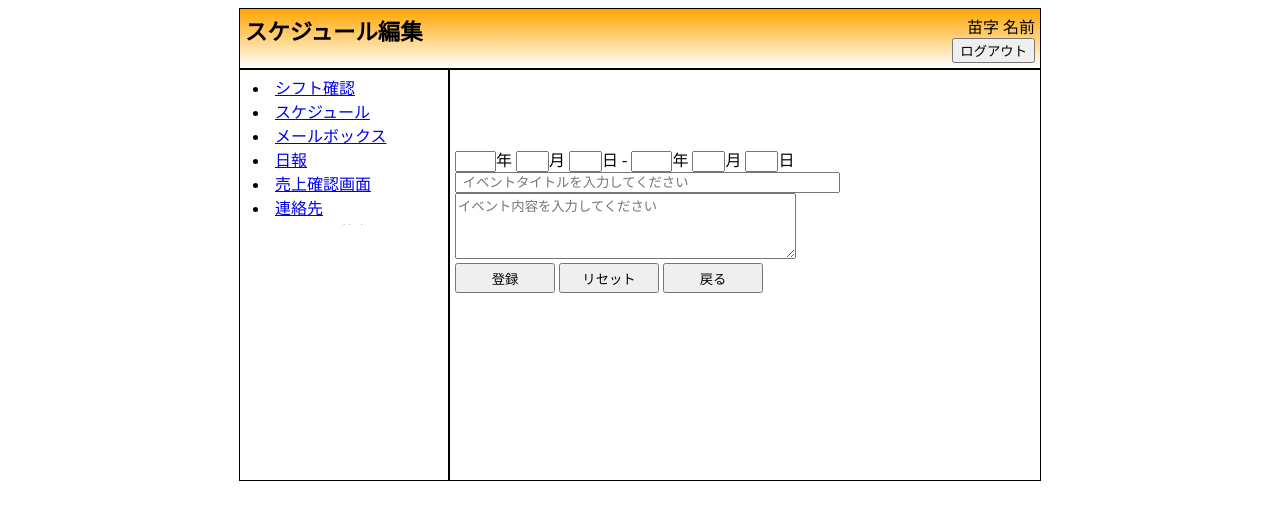
Repository: killinsun/2014fjbsotsuken
Page: http://localhost/sotukenD/ForScheduleEditServlet
These files come from the project's save history. The page is drawn as it stood at one moment and after the next save; the edit follows.
The browser window is 1280 px wide. The pictures show the whole page.
The page is served by Tomcat 9. Queries for data that is not in the repository find no rows.

Above is the page before, as saved 2014-01-23 08:06:07.

After the next save:
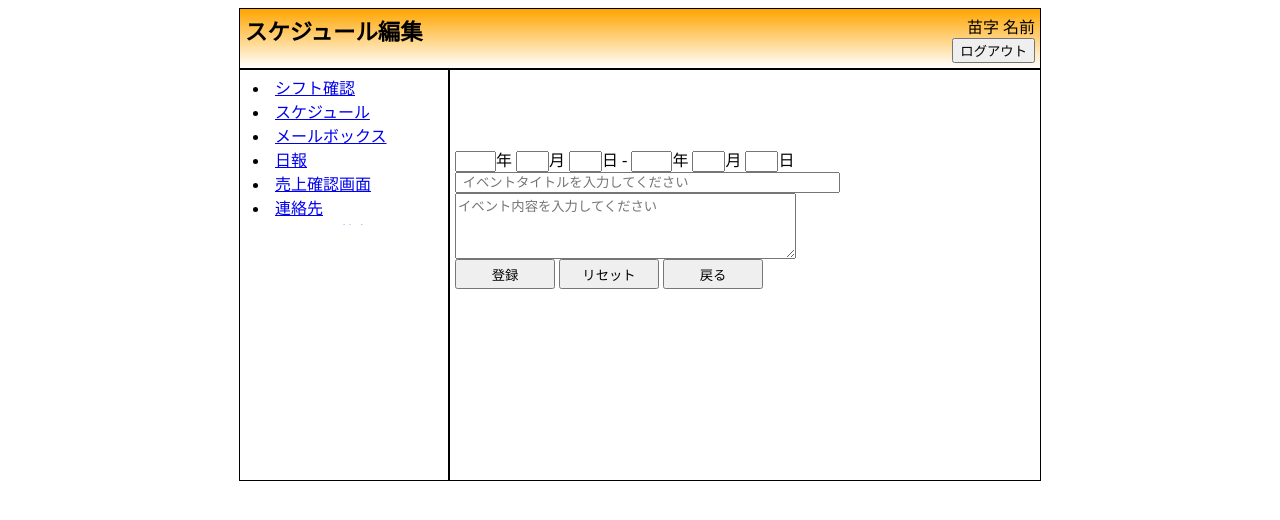
Console error (its wording comes from the project's code and is left out).
Saved 3 days later.
--- a/D班/02プログラム/Sotuken/sotukenD/Schedule/scheduleEdit.jsp
+++ b/D班/02プログラム/Sotuken/sotukenD/Schedule/scheduleEdit.jsp
@@ -5,6 +5,47 @@
 <%
 	ArrayList<ScheduleForBean> schedule = (ArrayList) session.getAttribute("SCHEDULE_DATA");
 %>
+<script type="text/javascript">
+<!--
+
+function check(){
+
+	var flag = 0;
+
+	if(document.form1.idS.value == ""){ // 「お名前」の入力をチェック
+
+		flag = 1;
+
+	}
+	else if(document.form1.field2.value == ""){ // 「パスワード」の入力をチェック
+
+		flag = 1;
+
+	}
+	else if(document.form1.field3.value == ""){ // 「コメント」の入力をチェック
+
+		flag = 1;
+
+	}
+
+	// 設定終了
+
+
+	if(flag){
+
+		window.alert('必須項目に未入力がありました'); // 入力漏れがあれば警告ダイアログを表示
+		return false; // 送信を中止
+
+	}
+	else{
+
+		return true; // 送信を実行
+
+	}
+
+}
+</script>
+
 <!DOCTYPE html>
 <html xmlns="http://www.w3.org/1999/xhtml">
 
@@ -107,7 +148,7 @@
 					maxlength="40" placeholder="イベント内容を入力してください"></textarea>
 				<br>
 
-				<button type=button onclick="insertClick()"
+				<button type=button onclick="insertClick();,check();"
 					style="WIDTH: 100px; HEIGHT: 30px">登録</button>
 				<input type="reset" value="リセット" style="WIDTH: 100px; HEIGHT: 30px">
 

After the save that followed:
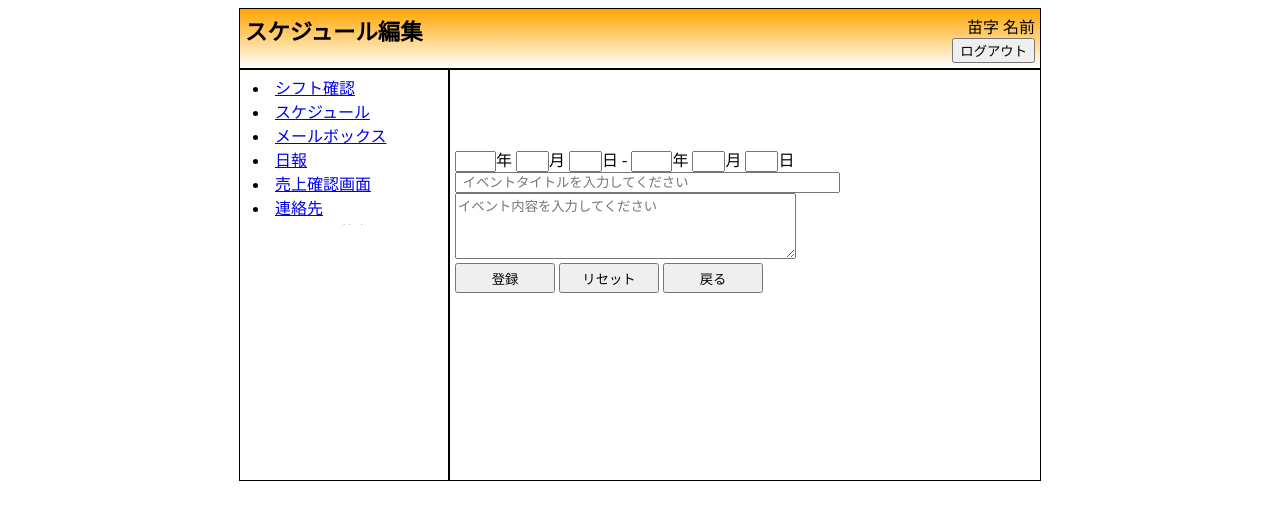
The error is gone.
Saved 54 s later.
--- a/D班/02プログラム/Sotuken/sotukenD/Schedule/scheduleEdit.jsp
+++ b/D班/02プログラム/Sotuken/sotukenD/Schedule/scheduleEdit.jsp
@@ -5,46 +5,6 @@
 <%
 	ArrayList<ScheduleForBean> schedule = (ArrayList) session.getAttribute("SCHEDULE_DATA");
 %>
-<script type="text/javascript">
-<!--
-
-function check(){
-
-	var flag = 0;
-
-	if(document.form1.idS.value == ""){ // 「お名前」の入力をチェック
-
-		flag = 1;
-
-	}
-	else if(document.form1.field2.value == ""){ // 「パスワード」の入力をチェック
-
-		flag = 1;
-
-	}
-	else if(document.form1.field3.value == ""){ // 「コメント」の入力をチェック
-
-		flag = 1;
-
-	}
-
-	// 設定終了
-
-
-	if(flag){
-
-		window.alert('必須項目に未入力がありました'); // 入力漏れがあれば警告ダイアログを表示
-		return false; // 送信を中止
-
-	}
-	else{
-
-		return true; // 送信を実行
-
-	}
-
-}
-</script>
 
 <!DOCTYPE html>
 <html xmlns="http://www.w3.org/1999/xhtml">
@@ -148,7 +108,7 @@
 					maxlength="40" placeholder="イベント内容を入力してください"></textarea>
 				<br>
 
-				<button type=button onclick="insertClick();,check();"
+				<button type=button onclick="insertClick()"
 					style="WIDTH: 100px; HEIGHT: 30px">登録</button>
 				<input type="reset" value="リセット" style="WIDTH: 100px; HEIGHT: 30px">
 
